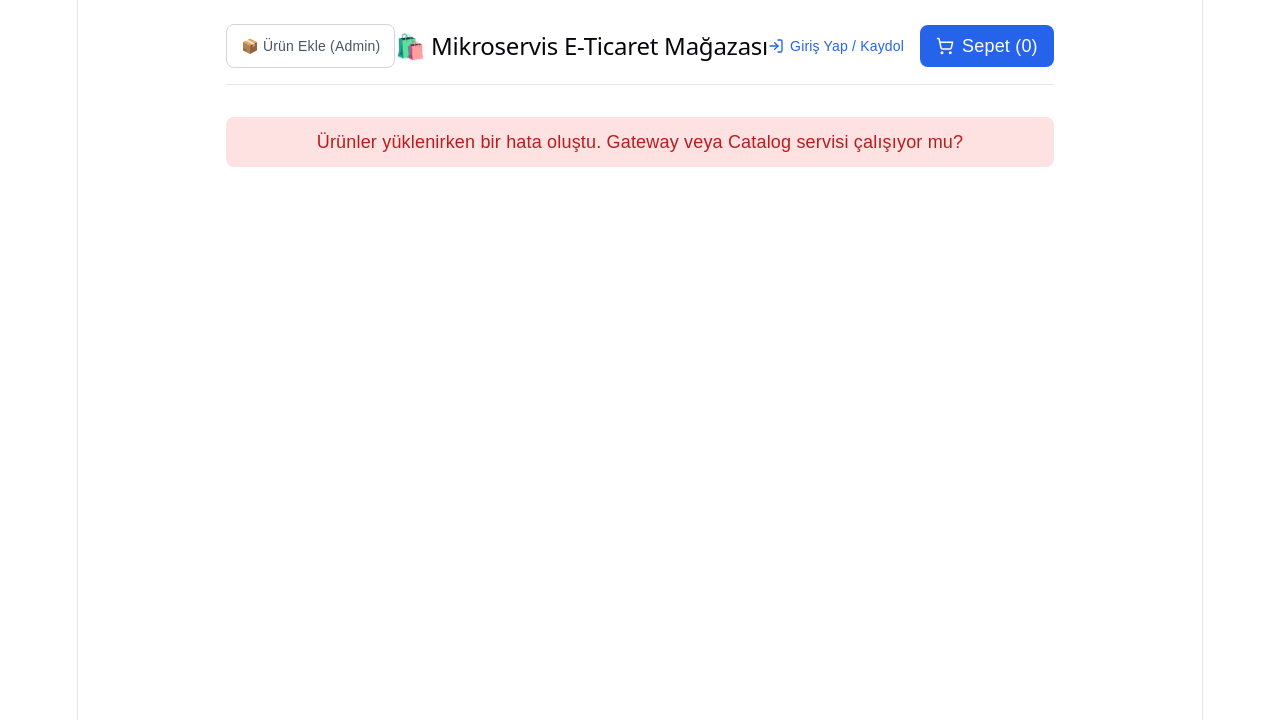
Repository: emir1958/EticaretMicroservice
Page: / (app in src/Clients/ecommerce-ui/)
An editor plug-in stored every save of this project. The page is shown before and after the next save, followed by the edit.
The browser window is 1280 px wide. The pictures show the whole page.
The page's requests for data from a server got no answer. The project was rebuilt for these pictures with package versions that can differ from the ones it lists, and the page was loaded fresh each time. No one was signed in, and anything a server would have sent is missing. Also part of the build but not shown: src/Clients/ecommerce-ui/vite.config.js, src/Clients/ecommerce-ui/src/hooks/useOrderHub.js, src/Clients/ecommerce-ui/src/pages/Checkout.jsx, src/Clients/ecommerce-ui/src/pages/Auth.jsx, src/Clients/ecommerce-ui/src/pages/AdminProduct.jsx, src/Clients/ecommerce-ui/src/components/ProtectedRoute.jsx.

Above is the page before, as saved 2026-09-20 18:02:15.

### src/Clients/ecommerce-ui/index.html
<!doctype html>
<html lang="en">
  <head>
    <meta charset="UTF-8" />
    <link rel="icon" type="image/svg+xml" href="/favicon.svg" />
    <meta name="viewport" content="width=device-width, initial-scale=1.0" />
    <title>ecommerce-ui</title>
  </head>
  <body>
    <div id="root"></div>
    <script type="module" src="/src/main.jsx"></script>
  </body>
</html>

### src/Clients/ecommerce-ui/src/index.css
:root {
  --text: #6b6375;
  --text-h: #08060d;
  --bg: #fff;
  --border: #e5e4e7;
  --code-bg: #f4f3ec;
  --accent: #aa3bff;
  --accent-bg: rgba(170, 59, 255, 0.1);
  --accent-border: rgba(170, 59, 255, 0.5);
  --social-bg: rgba(244, 243, 236, 0.5);
  --shadow:
    rgba(0, 0, 0, 0.1) 0 10px 15px -3px, rgba(0, 0, 0, 0.05) 0 4px 6px -2px;

  --sans: system-ui, 'Segoe UI', Roboto, sans-serif;
  --heading: system-ui, 'Segoe UI', Roboto, sans-serif;
  --mono: ui-monospace, Consolas, monospace;

  font: 18px/145% var(--sans);
  letter-spacing: 0.18px;
  color-scheme: light dark;
  color: var(--text);
  background: var(--bg);
  font-synthesis: none;
  text-rendering: optimizeLegibility;
  -webkit-font-smoothing: antialiased;
  -moz-osx-font-smoothing: grayscale;

  @media (max-width: 1024px) {
    font-size: 16px;
  }
}

@media (prefers-color-scheme: dark) {
  :root {
    --text: #9ca3af;
    --text-h: #f3f4f6;
    --bg: #16171d;
    --border: #2e303a;
    --code-bg: #1f2028;
    --accent: #c084fc;
    --accent-bg: rgba(192, 132, 252, 0.15);
    --accent-border: rgba(192, 132, 252, 0.5);
    --social-bg: rgba(47, 48, 58, 0.5);
    --shadow:
      rgba(0, 0, 0, 0.4) 0 10px 15px -3px, rgba(0, 0, 0, 0.25) 0 4px 6px -2px;
  }

  #social .button-icon {
    filter: invert(1) brightness(2);
  }
}

body {
  margin: 0;
}

#root {
  width: 1126px;
  max-width: 100%;
  margin: 0 auto;
  text-align: center;
  border-inline: 1px solid var(--border);
  min-height: 100svh;
  display: flex;
  flex-direction: column;
  box-sizing: border-box;
}

h1,
h2 {
  font-family: var(--heading);
  font-weight: 500;
  color: var(--text-h);
}

h1 {
  font-size: 56px;
  letter-spacing: -1.68px;
  margin: 32px 0;
  @media (max-width: 1024px) {
    font-size: 36px;
    margin: 20px 0;
  }
}
h2 {
  font-size: 24px;
  line-height: 118%;
  letter-spacing: -0.24px;
  margin: 0 0 8px;
  @media (max-width: 1024px) {
    font-size: 20px;
  }
}
p {
  margin: 0;
}

code,
.counter {
  font-family: var(--mono);
  display: inline-flex;
  border-radius: 4px;
  color: var(--text-h);
}

code {
  font-size: 15px;
  line-height: 135%;
  padding: 4px 8px;
  background: var(--code-bg);
}

### src/Clients/ecommerce-ui/src/App.jsx
import React from "react";
import { BrowserRouter, Routes, Route } from "react-router-dom";
import { AuthProvider } from "./context/AuthContext";
import { CartProvider } from "./context/CartContext";
import ProductList from "./pages/ProductList";
import Checkout from "./pages/Checkout";
import Auth from "./pages/Auth";
import AdminProduct from "./pages/AdminProduct";
import ProtectedRoute from "./components/ProtectedRoute";

export default function App() {
  return (
    <AuthProvider>
      <CartProvider>
        <BrowserRouter>
          <Routes>
            <Route path="/" element={<ProductList />} />
            <Route path="/auth" element={<Auth />} />
            <Route path="/admin/products" element={<AdminProduct />} />{" "}
            {/* 👈 Eklendi */}
            <Route
              path="/checkout"
              element={
                <ProtectedRoute>
                  <Checkout />
                </ProtectedRoute>
              }
            />
          </Routes>
        </BrowserRouter>
      </CartProvider>
    </AuthProvider>
  );
}

### src/Clients/ecommerce-ui/src/context/AuthContext.jsx
import React, { createContext, useContext, useState, useEffect } from "react";
import api from "../services/api";

const AuthContext = createContext();

const parseJwt = (token) => {
  try {
    const base64Url = token.split(".")[1];
    const base64 = base64Url.replace(/-/g, "+").replace(/_/g, "/");
    const jsonPayload = decodeURIComponent(
      window
        .atob(base64)
        .split("")
        .map((c) => "%" + ("00" + c.charCodeAt(0).toString(16)).slice(-2))
        .join(""),
    );
    return JSON.parse(jsonPayload);
  } catch {
    return null;
  }
};

export const AuthProvider = ({ children }) => {
  const [token, setToken] = useState(localStorage.getItem("token") || null);
  const [user, setUser] = useState(null);
  const [loading, setLoading] = useState(true);

  useEffect(() => {
    if (token) {
      const decoded = parseJwt(token);
      if (decoded && decoded.exp * 1000 > Date.now()) {
        setUser({
          id:
            decoded.sub ||
            decoded[
              "http://schemas.xmlsoap.org/ws/2005/05/identity/claims/nameidentifier"
            ] ||
            decoded.nameid,
          email:
            decoded.email ||
            decoded[
              "http://schemas.xmlsoap.org/ws/2005/05/identity/claims/emailaddress"
            ],
          username:
            decoded.unique_name ||
            decoded[
              "http://schemas.xmlsoap.org/ws/2005/05/identity/claims/name"
            ] ||
            "Kullanıcı",
          role:
            decoded.role ||
            decoded[
              "http://schemas.microsoft.com/ws/2008/06/identity/claims/role"
            ] ||
            "User",
        });
      } else {
        logout();
      }
    } else {
      setUser(null);
    }
    setLoading(false);
  }, [token]);

  const login = async (email, password) => {
    // Gateway -> /api/auth/login rotasına gider
    const response = await api.post("/api/auth/login", {
      email: email.trim(),
      password,
    });

    // 🟢 Backend { Token: "..." } formatında döner
    const receivedToken = response.data.Token || response.data.token;
    if (!receivedToken) {
      throw new Error("Token alınamadı.");
    }

    localStorage.setItem("token", receivedToken);
    setToken(receivedToken);
    return response.data;
  };

  const register = async (username, email, password) => {
    // 🟢 Backend RegisterDto { Username, Email, Password } bekler
    const response = await api.post("/api/auth/register", {
      username: username.trim(),
      email: email.trim(),
      password,
    });
    return response.data;
  };

  const logout = () => {
    localStorage.removeItem("token");
    setToken(null);
    setUser(null);
  };

  return (
    <AuthContext.Provider
      value={{
        token,
        user,
        isAuthenticated: !!token,
        login,
        register,
        logout,
        loading,
      }}
    >
      {!loading && children}
    </AuthContext.Provider>
  );
};

export const useAuth = () => useContext(AuthContext);

### src/Clients/ecommerce-ui/src/context/CartContext.jsx
import React, { createContext, useContext, useState, useEffect } from "react";

const CartContext = createContext();

export const CartProvider = ({ children }) => {
  const [cart, setCart] = useState(() => {
    try {
      const savedCart = localStorage.getItem("ecommerce_cart");
      return savedCart ? JSON.parse(savedCart) : [];
    } catch {
      return [];
    }
  });

  // 🟢 Yeni: Popup ve Bildirim State'leri
  const [isCartOpen, setIsCartOpen] = useState(false);
  const [successMessage, setSuccessMessage] = useState("");

  useEffect(() => {
    localStorage.setItem("ecommerce_cart", JSON.stringify(cart));
  }, [cart]);

  // 🟢 Güncellendi: addQty parametresi eklendi
  const addToCart = (product, addQty = 1) => {
    const targetId = product.id || product._id;
    if (!targetId) return;

    setCart((prev) => {
      const existing = prev.find((item) => item.id === targetId);
      if (existing) {
        return prev.map((item) =>
          item.id === targetId
            ? {
                ...item,
                name: product.name || item.name,
                price: product.price ?? item.price,
                imageUrl: product.imageUrl || item.imageUrl,
                quantity: item.quantity + addQty,
              }
            : item,
        );
      }
      return [
        ...prev,
        {
          id: targetId,
          name: product.name || "Ürün",
          price: product.price || 0,
          imageUrl: product.imageUrl || "",
          quantity: addQty,
        },
      ];
    });

    // 🟢 Ekleme başarılı bildirimi ve Popup'ı açma
    setSuccessMessage("Ürün sepetinize başarıyla eklendi.");
    setTimeout(() => {
      setSuccessMessage("");
      setIsCartOpen(true);
    }, 800); // 800ms sonra sepet açılsın
  };

  const removeFromCart = (id) => {
    setCart((prev) => prev.filter((item) => item.id !== id));
  };

  const updateQuantity = (id, quantity) => {
    if (quantity <= 0) {
      removeFromCart(id);
      return;
    }
    setCart((prev) =>
      prev.map((item) => (item.id === id ? { ...item, quantity } : item)),
    );
  };

  const clearCart = () => {
    setCart([]);
    localStorage.removeItem("ecommerce_cart");
  };

  const totalAmount = cart.reduce(
    (sum, item) => sum + (item.price || 0) * (item.quantity || 1),
    0,
  );

  return (
    <CartContext.Provider
      value={{
        cart,
        addToCart,
        removeFromCart,
        updateQuantity,
        clearCart,
        totalAmount,
        isCartOpen, // Eklendi
        setIsCartOpen, // Eklendi
        successMessage, // Eklendi
      }}
    >
      {children}
    </CartContext.Provider>
  );
};

export const useCart = () => useContext(CartContext);

### src/Clients/ecommerce-ui/src/pages/ProductList.jsx
import React, { useEffect, useState } from "react";
import api from "../services/api";
import { useCart } from "../context/CartContext";
import { useAuth } from "../context/AuthContext";
import {
  ShoppingCart,
  Package,
  LogIn,
  LogOut,
  User as UserIcon,
} from "lucide-react";
import { Link } from "react-router-dom";

export default function ProductList() {
  const [products, setProducts] = useState([]);
  const [loading, setLoading] = useState(true);
  const [error, setError] = useState(null);

  const { addToCart, cart } = useCart();
  const { user, isAuthenticated, logout } = useAuth();

  useEffect(() => {
    api
      .get("/api/Products")
      .then((res) => {
        const responseData = Array.isArray(res.data)
          ? res.data
          : res.data?.data || [];

        setProducts(responseData);
        setLoading(false);
      })
      .catch((err) => {
        console.error("Katalog çekme hatası:", err);
        setError(
          "Ürünler yüklenirken bir hata oluştu. Gateway veya Catalog servisi çalışıyor mu?",
        );
        setLoading(false);
      });
  }, []);

  const totalCartCount = cart.reduce((sum, i) => sum + i.quantity, 0);

  return (
    <div
      style={{
        maxWidth: "1000px",
        margin: "0 auto",
        padding: "24px",
        fontFamily: "sans-serif",
      }}
    >
      {/* Üst Bar */}
      <header
        style={{
          display: "flex",
          justifyContent: "space-between",
          alignItems: "center",
          marginBottom: "32px",
          paddingBottom: "16px",
          borderBottom: "1px solid #e5e7eb",
        }}
      >
        <Link
          to="/admin/products"
          style={{
            display: "flex",
            alignItems: "center",
            gap: "6px",
            textDecoration: "none",
            color: "#4b5563",
            border: "1px solid #d1d5db",
            padding: "8px 14px",
            borderRadius: "8px",
            fontSize: "14px",
            fontWeight: "500",
          }}
        >
          📦 Ürün Ekle (Admin)
        </Link>

        <h2 style={{ margin: 0 }}>🛍️ Mikroservis E-Ticaret Mağazası</h2>

        <div style={{ display: "flex", alignItems: "center", gap: "16px" }}>
          {isAuthenticated ? (
            <div style={{ display: "flex", alignItems: "center", gap: "12px" }}>
              <span
                style={{
                  display: "flex",
                  alignItems: "center",
                  gap: "6px",
                  fontSize: "14px",
                  color: "#374151",
                  background: "#f3f4f6",
                  padding: "6px 12px",
                  borderRadius: "20px",
                }}
              >
                <UserIcon size={16} color="#6b7280" />
                {user?.username || user?.email || "Hesabım"}
              </span>
              <button
                onClick={logout}
                style={{
                  display: "flex",
                  alignItems: "center",
                  gap: "4px",
                  border: "1px solid #d1d5db",
                  background: "#fff",
                  padding: "6px 12px",
                  borderRadius: "6px",
                  cursor: "pointer",
                  fontSize: "13px",
                  color: "#ef4444",
                }}
              >
                <LogOut size={14} /> Çıkış
              </button>
            </div>
          ) : (
            <Link
              to="/auth"
              style={{
                display: "flex",
                alignItems: "center",
                gap: "6px",
                textDecoration: "none",
                color: "#2563eb",
                fontWeight: "500",
                fontSize: "14px",
              }}
            >
              <LogIn size={16} /> Giriş Yap / Kaydol
            </Link>
          )}

          <Link
            to="/checkout"
            style={{
              display: "flex",
              alignItems: "center",
              gap: "8px",
              textDecoration: "none",
              background: "#2563eb",
              color: "#fff",
              padding: "8px 16px",
              borderRadius: "8px",
              fontWeight: "500",
            }}
          >
            <ShoppingCart size={18} />
            <span>Sepet ({totalCartCount})</span>
          </Link>
        </div>
      </header>

      {/* Durum Bildirimleri */}
      {loading && <p style={{ color: "#6b7280" }}>Ürünler yükleniyor...</p>}
      {error && (
        <div
          style={{
            background: "#fee2e2",
            color: "#b91c1c",
            padding: "12px",
            borderRadius: "8px",
            marginBottom: "20px",
          }}
        >
          {error}
        </div>
      )}

      {/* Ürün Listesi Grid */}
      <div
        style={{
          display: "grid",
          gridTemplateColumns: "repeat(auto-fill, minmax(280px, 1fr))",
          gap: "20px",
        }}
      >
        {products.map((p) => (
          <div
            key={p.id}
            style={{
              border: "1px solid #e5e7eb",
              borderRadius: "12px",
              padding: "16px",
              display: "flex",
              flexDirection: "column",
              justifyContent: "space-between",
              background: "#fff",
              boxShadow: "0 1px 3px rgba(0,0,0,0.05)",
            }}
          >
            <div>
              {/* Dinamik Resim Alanı */}
              <div
                style={{
                  background: "#f9fafb",
                  height: "160px",
                  borderRadius: "8px",
                  display: "flex",
                  alignItems: "center",
                  justifyContent: "center",
                  marginBottom: "12px",
                  overflow: "hidden",
                }}
              >
                {p.imageUrl ? (
                  <img
                    src={p.imageUrl}
                    alt={p.name}
                    style={{
                      width: "100%",
                      height: "100%",
                      objectFit: "cover",
                    }}
                  />
                ) : (
                  <Package size={48} color="#9ca3af" />
                )}
              </div>
              <h3
                style={{
                  margin: "0 0 8px 0",
                  fontSize: "18px",
                  color: "#111827",
                }}
              >
                {p.name}
              </h3>
              <p
                style={{
                  color: "#6b7280",
                  fontSize: "14px",
                  margin: "0 0 12px 0",
                  lineHeight: "1.4",
                }}
              >
                {p.description || "Açıklama bulunmuyor"}
              </p>
            </div>
            <div
              style={{
                display: "flex",
                justifyContent: "space-between",
                alignItems: "center",
                marginTop: "12px",
                paddingTop: "12px",
                borderTop: "1px solid #f3f4f6",
              }}
            >
              <span
                style={{
                  fontSize: "18px",
                  fontWeight: "bold",
                  color: "#111827",
                }}
              >
                {p.price} TL
              </span>
              <button
                onClick={() =>
                  addToCart({
                    id: p.id,
                    name: p.name,
                    price: p.price,
                    imageUrl: p.imageUrl,
                  })
                }
                style={{
                  background: "#2563eb",
                  color: "#fff",
                  border: "none",
                  padding: "8px 14px",
                  borderRadius: "6px",
                  fontWeight: "bold",
                  cursor: "pointer",
                }}
              >
                Sepete Ekle
              </button>
            </div>
          </div>
        ))}
      </div>
    </div>
  );
}

### src/Clients/ecommerce-ui/src/services/api.js
import axios from 'axios';

const api = axios.create({
  baseURL: 'http://localhost:5000' // Gateway Adresimiz
});

// Her istek öncesi araya girip Token ekleyen Interceptor
api.interceptors.request.use(
  (config) => {
    const token = localStorage.getItem('token');
    if (token) {
      config.headers.Authorization = `Bearer ${token}`;
    }
    return config;
  },
  (error) => Promise.reject(error)
);

export default api;

Loaded but not shown: src/Clients/ecommerce-ui/src/main.jsx (common file)

After the next save:
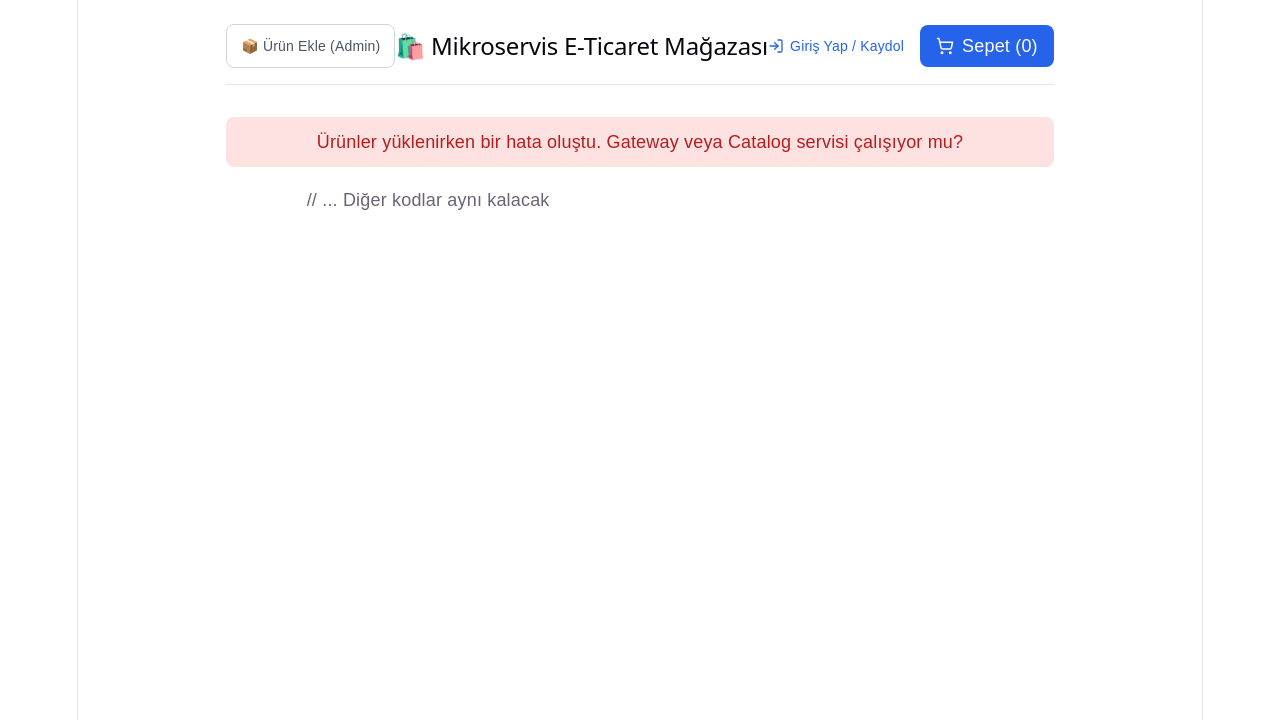
Saved 1 s later.
--- a/src/Clients/ecommerce-ui/src/pages/ProductList.jsx
+++ b/src/Clients/ecommerce-ui/src/pages/ProductList.jsx
@@ -178,6 +178,7 @@ export default function ProductList() {
           gap: "20px",
         }}
       >
+        // ... Diğer kodlar aynı kalacak
         {products.map((p) => (
           <div
             key={p.id}
@@ -192,8 +193,11 @@ export default function ProductList() {
               boxShadow: "0 1px 3px rgba(0,0,0,0.05)",
             }}
           >
-            <div>
-              {/* Dinamik Resim Alanı */}
+            {/* 🟢 Detaya Yönlendiren Link */}
+            <Link
+              to={`/product/${p.id}`}
+              style={{ textDecoration: "none", color: "inherit" }}
+            >
               <div
                 style={{
                   background: "#f9fafb",
@@ -239,7 +243,8 @@ export default function ProductList() {
               >
                 {p.description || "Açıklama bulunmuyor"}
               </p>
-            </div>
+            </Link>
+
             <div
               style={{
                 display: "flex",
